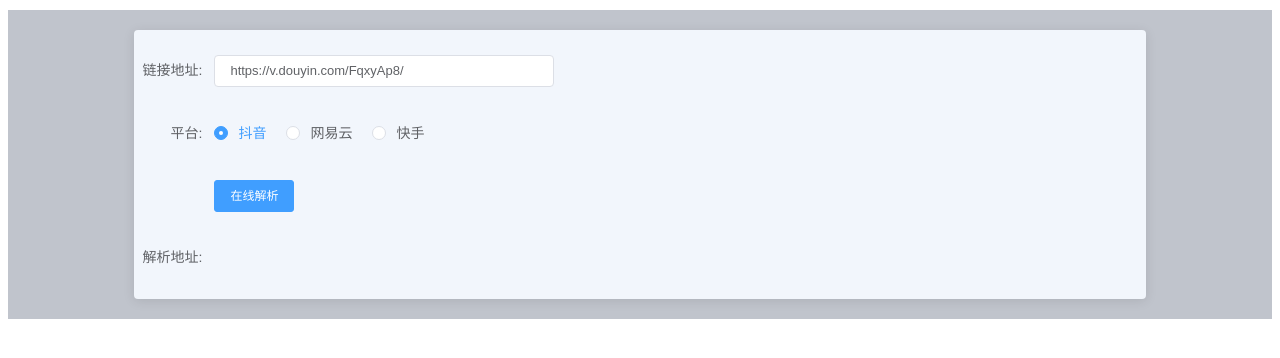
Repository: lyln/freepd
Page: / (app in frontend/freepd/)
The author's editor kept a copy of each file at every save. The page is drawn from the files as they stood at one save, then again after the next save.
The browser window is 1280 px wide. The pictures show the whole page.
The page's requests for data from a server got no answer. The project was rebuilt for these pictures with package versions that can differ from the ones it lists, and the page was loaded fresh each time. No one was signed in, and anything a server would have sent is missing. Also part of the build but not shown: frontend/freepd/src/components/HelloWorld.vue.

Above is the page before, as saved 2022-05-28 19:23:33.

### frontend/freepd/index.html
<!DOCTYPE html>
<html>
  <head>
    <meta charset="utf-8">
    <meta name="viewport" content="width=device-width,initial-scale=1.0">
    <meta name="referrer" content="no-referrer" />
    <title>freepd</title>
  </head>
  <body>
    <div id="app"></div>
    <!-- built files will be auto injected -->
  </body>
</html>

### frontend/freepd/src/main.js
// The Vue build version to load with the `import` command
// (runtime-only or standalone) has been set in webpack.base.conf with an alias.
import Vue from 'vue'
import App from './App'
import router from './router'
import ElementUI from 'element-ui';
import 'element-ui/lib/theme-chalk/index.css';

Vue.config.productionTip = false
Vue.use(ElementUI)


/* eslint-disable no-new */
new Vue({
  el: '#app',
  router,
  components: { App },
  template: '<App/>'
})

### frontend/freepd/src/App.vue
<template>
	<div id="app">
		<router-view />
	</div>
</template>

<script>
export default {
	name: 'App',
}
</script>

<style>
#app {
	font-family: 'Avenir', Helvetica, Arial, sans-serif;
	-webkit-font-smoothing: antialiased;
	-moz-osx-font-smoothing: grayscale;
	text-align: center;
	/* color: #2c3e50; */
	color: #34495e;
	margin-top: 10px;
	background-color: #fff;
}
</style>

### frontend/freepd/src/router/index.js
import Vue from 'vue'
import Router from 'vue-router'
import HelloWorld from '@/components/HelloWorld'

Vue.use(Router)

export default new Router({
  routes: [
    {
      path: '/',
      name: 'Home',
      component: ()=> import('@/views/Home')
    },
    {
      path: '/hello',
      name: 'Hello',
      component: HelloWorld
    }
  ]
})

### frontend/freepd/src/views/Home.vue

<template>
	<div class="home">
		<el-row type="flex" class="row-bg" justify="center">
			<div class="grid-content bg-purple">
				<el-col :span="18">
					<el-form ref="form" :model="form" label-width="80px">

						<el-form-item label="链接地址:" style="margin-top: 20px">
							<el-input v-model="form.url" size="small" style="width: 50%"></el-input>
						</el-form-item>
						<el-form-item label="平台:">
							<el-radio-group v-model="form.type">
								<el-radio :label="1">抖音</el-radio>
								<el-radio :label="2">网易云</el-radio>
								<el-radio :label="3">快手</el-radio>
							</el-radio-group>
						</el-form-item>

						<el-form-item>
							<el-button type="primary" size="small" @click="onSubmit">在线解析</el-button>
						</el-form-item>

						<el-form-item label="解析地址:">
							<!-- <el-link>视频地址</el-link> -->
							<video width="480" height="360" controls="controls" v-if='videoUrl'>
								<source :src="videoUrl" type="video/ogg">
								Your browser does not support the video tag.
							</video>
							<br>
							<audio width="260" ref="audio" v-if="audioUrl" class="audio" :src="audioUrl" controls="controls">Your browser does not support the audio tag.</audio>

						</el-form-item>

					</el-form>

				</el-col>
			</div>

		</el-row>
	</div>
</template>

<script>
import { douyin, wangyiyun } from '@/api/parse'

export default {
	name: 'Home',
	data() {
		return {
			form: {
				url: 'https://v.douyin.com/FqxyAp8/',
				type: 1,
			},
			videoUrl: '',
			audioUrl: '',
		}
	},
	methods: {
		onSubmit() {
			switch (this.form.type) {
				case 1:
					douyin(this.form)
						.then((res) => {
							console.log(res.data)
							this.videoUrl = res.data.video.play
							this.audioUrl = res.data.music.play
						})
						.catch((err) => {
							console.log('抖音解析请求失败', err)
						})
					break
				case 2:
					wangyiyun(this.form)
						.then((res) => {
							var dataUrl = res.data.data
							if (dataUrl.videos) {
								this.videoUrl = res.data.data.videos[0]
							} else {
								this.audioUrl = res.data.data.audios[0]
							}
						})
						.catch((err) => {
							console.log('网易云解析请求失败', err)
						})
					break
				default:
					console.log('解析请求失败')
			}
		},
	},
}
</script>

<style lang="css" scoped>
.home {
}
.row-bg {
	background-color: #c0c4cc;
}

.bg-purple {
	margin: 20px 0;
	background: #f2f6fc;
	box-shadow: 0 2px 12px 0 rgba(0, 0, 0, 0.1);
}
.grid-content {
	border-radius: 4px;
	width: 80%;
}

.el-form-item {
	text-align: left;
}

.el-radio {
	margin-right: 20px;
}

video {
	object-fit: fill;
}

audio {
	object-fit: fill;
}
</style>

### frontend/freepd/src/api/parse.js
import axios from 'axios'

baseURL: process.env.VUE_APP_BASE_API
// VUE_APP_BASE_API: 'http://127.0.0.1:8080'

export function douyin(data) {
    return axios({
        method: "post",
        url: baseURL+"/douyin",
        data: {
            url: data.url
        }
      })
  }

export function wangyiyun(data) {
    return axios({
        method: "post",
        url: "http://127.0.0.1:8000/wangyiyun",
        data: {
            url: data.url
        }
      })
  }

After the next save:
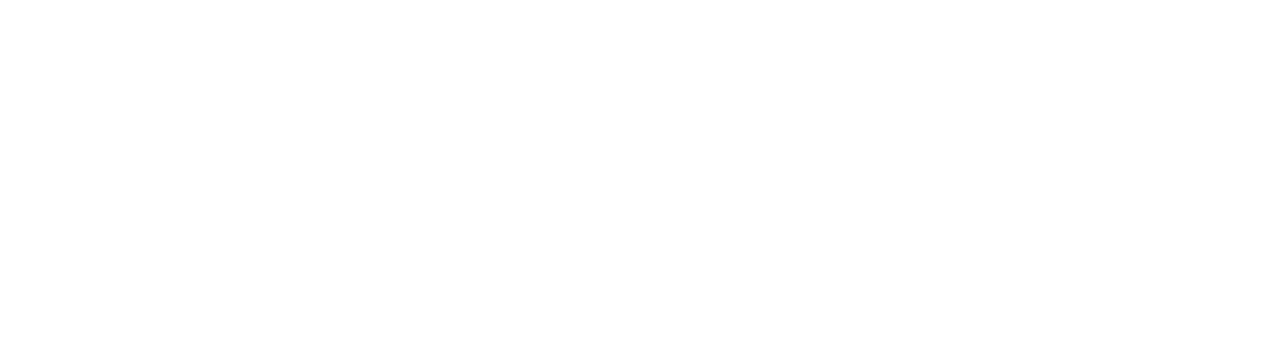
Saved 7 min 43 s later.
--- a/frontend/freepd/src/api/parse.js
+++ b/frontend/freepd/src/api/parse.js
@@ -1,6 +1,6 @@
 import axios from 'axios'
 
-baseURL: process.env.VUE_APP_BASE_API
+baseURL=process.env.VUE_APP_BASE_API
 // VUE_APP_BASE_API: 'http://127.0.0.1:8080'
 
 export function douyin(data) {

After the 2 saves that followed:
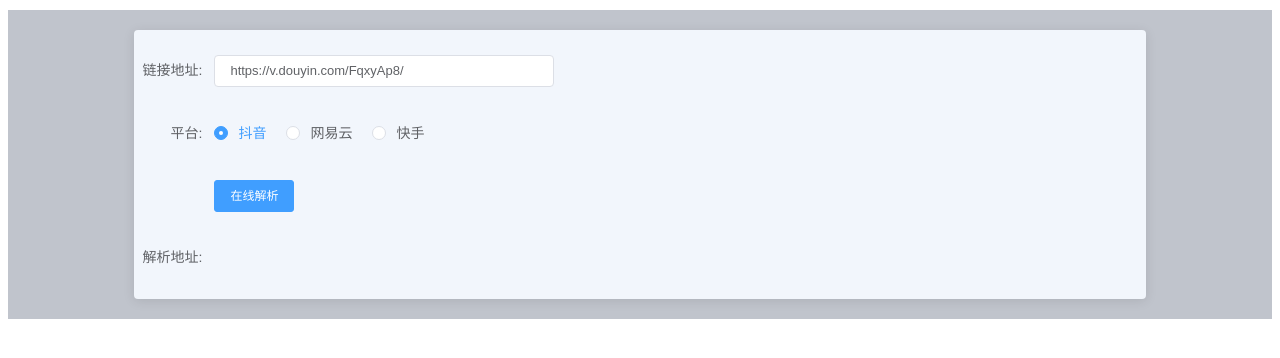
The 2 saves are shown as one change because 1 did not build or start.
The last was saved 7 min 8 s later.
--- a/frontend/freepd/src/api/parse.js
+++ b/frontend/freepd/src/api/parse.js
@@ -1,5 +1,6 @@
 import axios from 'axios'
 
+let baseURL='http://127.0.0.1:8000'
 baseURL=process.env.VUE_APP_BASE_API
 // VUE_APP_BASE_API: 'http://127.0.0.1:8080'
 
